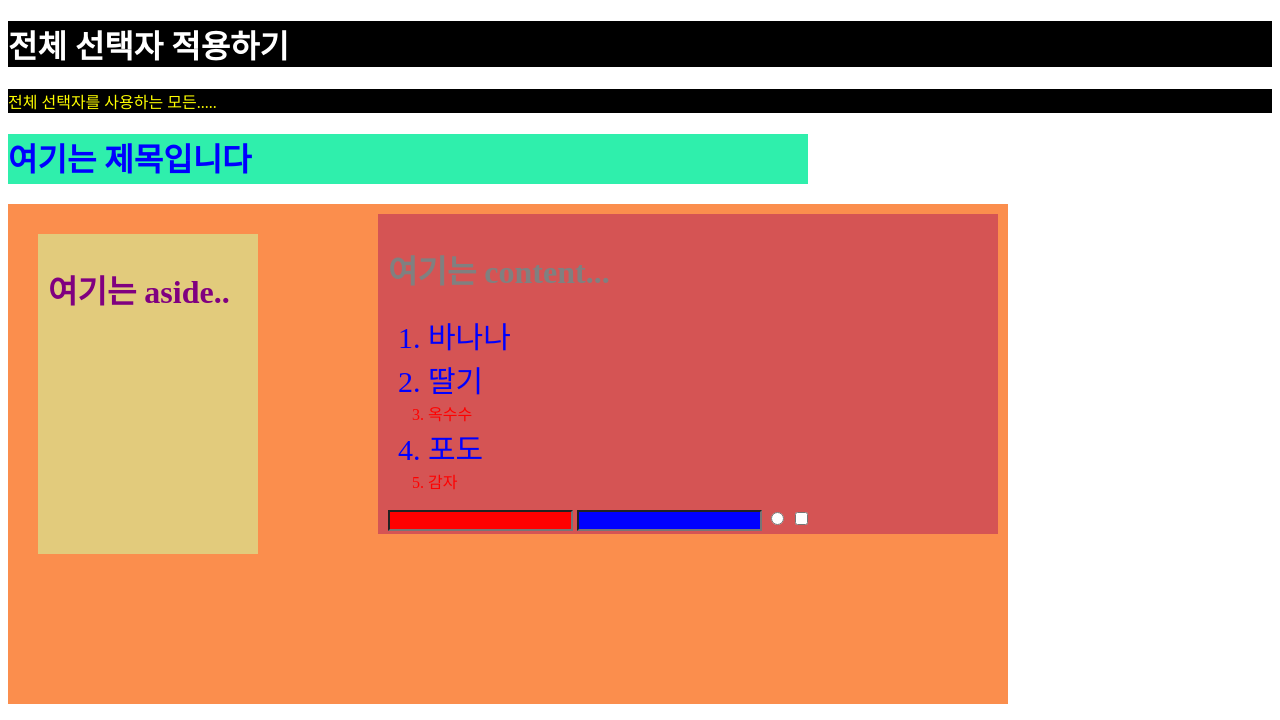
Repository: odasd/Ark-html
Page: 20200408/ex20200408/WebContent/ex01.html
These files come from the project's save history. The page is drawn as it stood at one moment and after the next save; the edit follows.
The browser window is 1280 px wide. The pictures show the whole page.
The first visible `h1` is being pressed.

Above is the page before, as saved 2020-04-08 01:46:25.

After the next save:
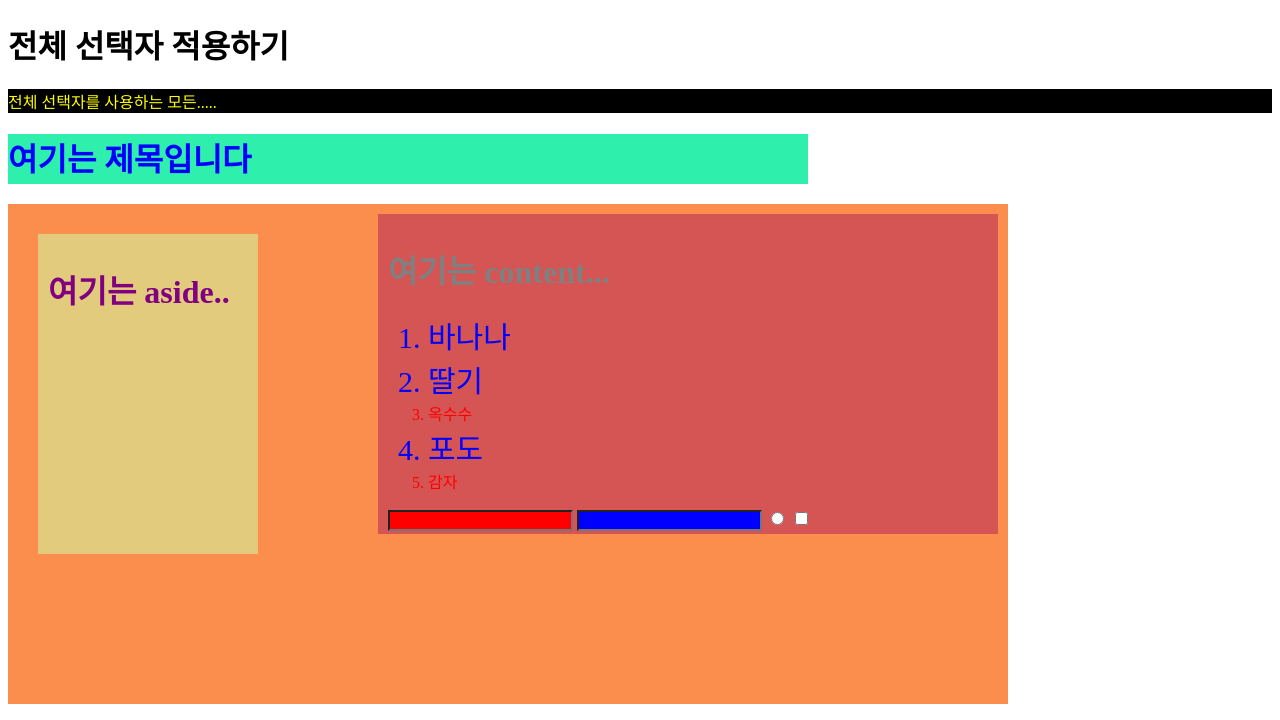
Saved 41 s later.
--- a/20200408/ex20200408/WebContent/ex01.html
+++ b/20200408/ex20200408/WebContent/ex01.html
@@ -32,6 +32,7 @@
 
 	/* 반응선택자 */
 	h1:hover {background:black; color:white;}
+	h1:active {background:white; color:black;}
 </style>
 </head>
 <body>
